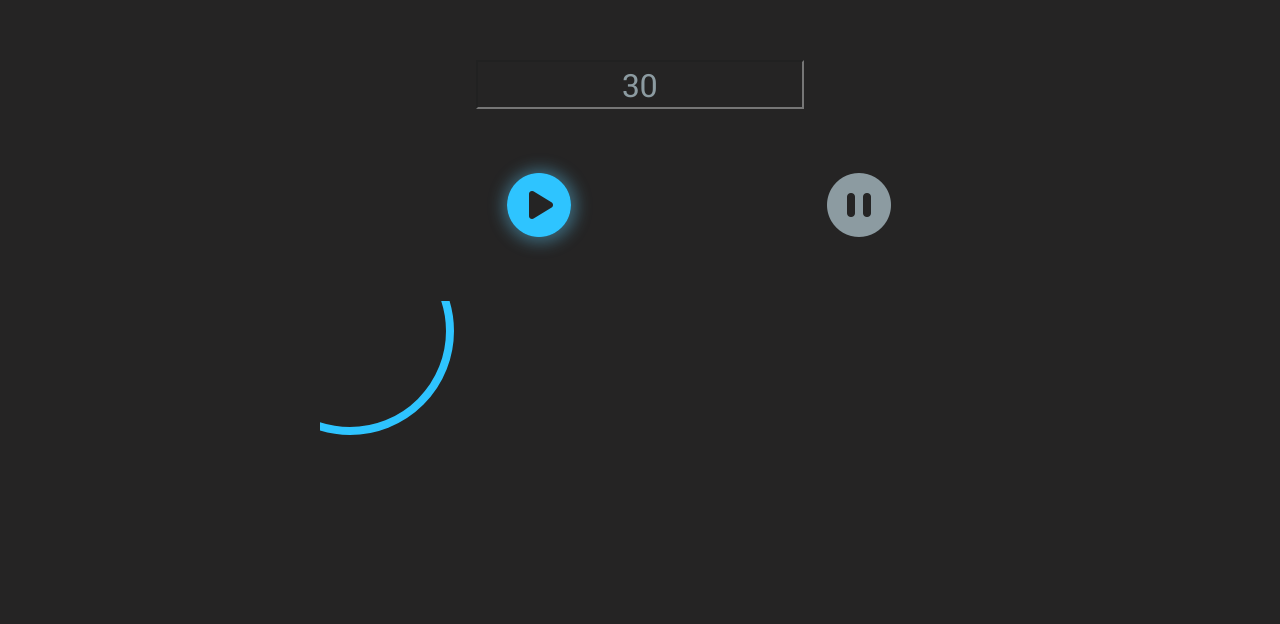
Repository: Sbethm/javascript-challenges
Page: index.html
The author's editor kept a copy of each file at every save. The page is drawn from the files as they stood at one save, then again after the next save.
The browser window is 1280 px wide. The pictures show the whole page.
Some web libraries are served in a nearby version. The style sheet was rebuilt from its Sass, Less or Tailwind sources for each picture, by a compiler version that may differ from the author's.

Above is the page before, as saved 2021-09-17 15:58:07.

### index.html
<!DOCTYPE html>
<html lang="en">
<head>
    <meta charset="UTF-8">
    <meta http-equiv="X-UA-Compatible" content="IE=edge">
    <meta name="viewport" content="width=device-width, initial-scale=1.0">
    <link rel="stylesheet" href="./CSS/main.css">
    <link rel="preconnect" href="https://fonts.googleapis.com">
    <link rel="preconnect" href="https://fonts.gstatic.com" crossorigin>
    <link href="https://fonts.googleapis.com/css2?family=Roboto+Slab&display=swap" rel="stylesheet">
    <script src="https://kit.fontawesome.com/4348baf125.js" crossorigin="anonymous"></script>
    <title>SarahMoosa: JavaScript Challenges</title>
</head>
<body>
    <header></header>
    <main>
        <div class="container">
            <svg>
                <circle r="100" cx="30" cy="30"\>
            </svg>
            <input type="text" value="30">
            <i class="fas fa-play-circle active"></i>
            <i class="fas fa-pause-circle"></i>
        </div>
    </main>
    <script src="./JS/timerClass.js"></script>
    <script src="./JS/apps.js"></script>
</body>
</html>

### JS/timerClass.js
class Timer {
    constructor(durationInput, playBtn, pauseBtn) {
        this.durationInput = durationInput;
        this.playBtn = playBtn;
        this.pauseBtn = pauseBtn;

        this.playBtn.addEventListener('click', this.start);
        this.pauseBtn.addEventListener('click', this.pause);
    }

    start = () => {
        this.tick();
        this.interval = setInterval(this.tick, 1000);

        playBtn.classList.remove('active');
        pauseBtn.classList.add('active');
        // for(let i = durationInput; durationInput > 0; i--){
        //     setTimeout(this.tick, 1000);
        // }
    };

    pause = () => {
        clearInterval(this.interval);

        pauseBtn.classList.remove('active');
        playBtn.classList.add('active');
    };

    tick = () => {
        if(this.timeRemaining > 0){
            this.timeRemaining = this.timeRemaining - 1;
        } else {
            this.pause();
        }

    };

    get timeRemaining () {
        return parseFloat(this.durationInput.value);
    }
    set timeRemaining (time) {
        this.durationInput.value = time;
    }
}

### JS/apps.js
const playBtn = document.querySelector('.fa-play-circle ');
const pauseBtn = document.querySelector('.fa-pause-circle ');
const input = document.querySelector('input');

//Reusable Timer Class


const timer1 = new Timer(input, playBtn, pauseBtn);








// //FUNCTIONS
// function startTimer() {
//     let inputNum = document.querySelector('input').value;

//     let countDownNum = Number(inputNum);

//     if(!countDownNum || countDownNum !== Math.floor(countDownNum)) {
//         console.log("WHOLE NUMBERS ONLY!")
//     } else {
//         countDownNum--;
//         inputNum = countDownNum;
//         console.log(inputNum);
//     }
// }

// function pauseTimer() {

// }



// playBtn.addEventListener('click', () => {
//     //Btn style change
//     playBtn.classList.remove('active');
//     pauseBtn.classList.add('active');

//     //Input countdown
//     startTimer()


// })

// pauseBtn.addEventListener('click', () => {
//     //Btn style change
//     pauseBtn.classList.remove('active');
//     playBtn.classList.add('active');

//     //Pause Timer
//     pauseTimer();
// })

### SCSS/main.scss
@import "./variables";

body {
    background-color: rgb(37, 36, 36);
    margin: 0;
}

main{
    height: 100vh;
    display: flex;
    align-items: center;
    justify-content: center;
}




.container {
    display: grid;
    // grid-template-columns: Max(8rem, 50%) Max(8rem, 50%);
    // grid-row: 25% 75%;
    width: Max(500px, 50%);
    padding: 1em;
    margin: 0 auto;
    //Used to style Input font
    font-family: 'Roboto Slab', serif;
    font-size: 2rem;
}

svg{
    width: 100%;
    height: 50vh;


    & circle {
        fill: transparent;
        stroke: $activeColor;
        stroke-width: 0.5rem;
    }
}

input {
    width: 50%;
    grid-area: 1 / 1 / 2 / 3;
    margin: 0 auto;
    background-color:  rgb(37, 36, 36);
    text-align: center;
    //Uses styles from parent .container
    font-family: inherit;
    font-size: 100%;
}

input[type='text']{
    color: $inactiveColor;
}

i {
    margin: 1em auto;
    font-size: Max(2rem, 4rem);
    color: $inactiveColor;
    border-radius: 50%;
}

.fa-play-circle {
    grid-area: 2 / 1 / 3 / 2;
}

.fa-pause-circle {
    grid-area: 2 / 2 / 3 / 3;
}

.active {
    color: $activeColor;
    box-shadow: 1px 1px 15px 5px rgba(85,179,216,0.46);
}
// rgb(85, 179, 216)
.inactive {
    color: $inactiveColor;
    box-shadow: none;
}

### SCSS/_variables.scss
//COLORS
$activeColor: hsl(197, 100%, 59%);
$inactiveColor: hsl(197, 10%, 59%);

After the next save:
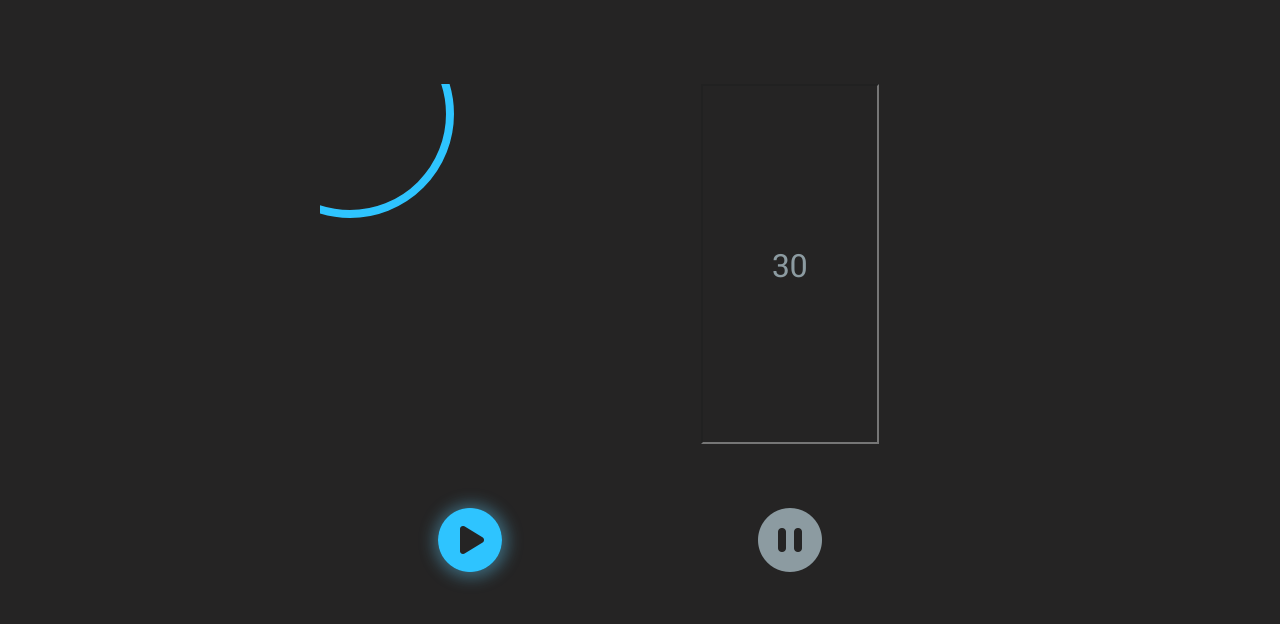
Saved 6 s later.
--- a/SCSS/main.scss
+++ b/SCSS/main.scss
@@ -41,7 +41,7 @@ svg{
 
 input {
     width: 50%;
-    grid-area: 1 / 1 / 2 / 3;
+    // grid-area: 1 / 1 / 2 / 3;
     margin: 0 auto;
     background-color:  rgb(37, 36, 36);
     text-align: center;
